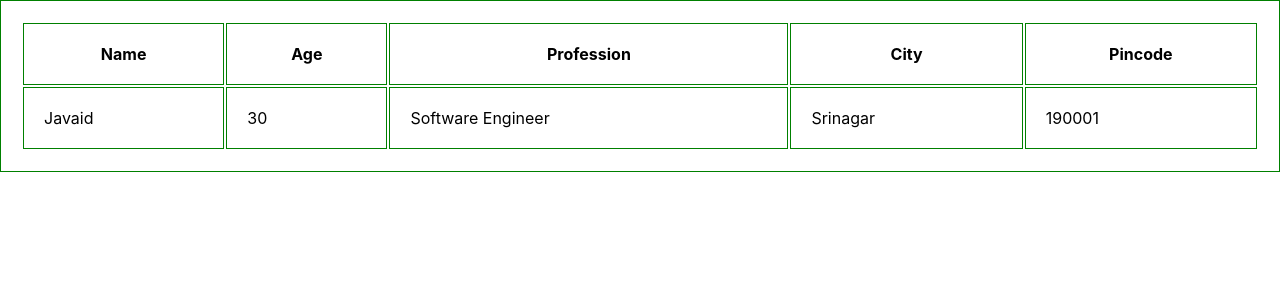
Repository: JavaidAhmadKhan/framer-motion-reacr
Page: /
These files come from the project's save history. The page is drawn as it stood at one moment and after the next save; the edit follows.
The browser window is 1280 px wide. The pictures show the whole page.
The project was rebuilt for these pictures with package versions that can differ from the ones it lists, and the page was loaded fresh each time.

Above is the page before, as saved 2022-05-19 17:47:19.

### src/App.js
import { Component } from "react";

import "./App.css";
class App extends Component {
  constructor() {
    console.log("constructor");
    super();
    console.log("super");
    this.state = {
      name: "Javaid",
      age: 30,
      profession: "Software Engineer",
      address: {
        city: "Srinagar",
        pincode: "190001",
      },
    };
  }

  render() {
    console.log("render");
    return (
      <div className="App">
        <table style={{ width: "100%" }}>
          <tr>
            <th>Name</th>
            <th>Age</th>
            <th>Profession</th>
            <th>City</th>
            <th>Pincode</th>
          </tr>
          <tr>
            <td>{this.state.name}</td>
            <td>{this.state.age}</td>
            <td>{this.state.profession}</td>
            <td>{this.state.address.city}</td>
            <td>{this.state.address.pincode}</td>
          </tr>
        </table>
      </div>
    );
  }
}

export default App;

### src/App.css
table,
th,
td {
  border: 1px solid green;
  padding: 20px;
}

Loaded but not shown: public/index.html (common file); src/index.js (common file); src/index.css (common file); src/reportWebVitals.js (common file)

After the next save:
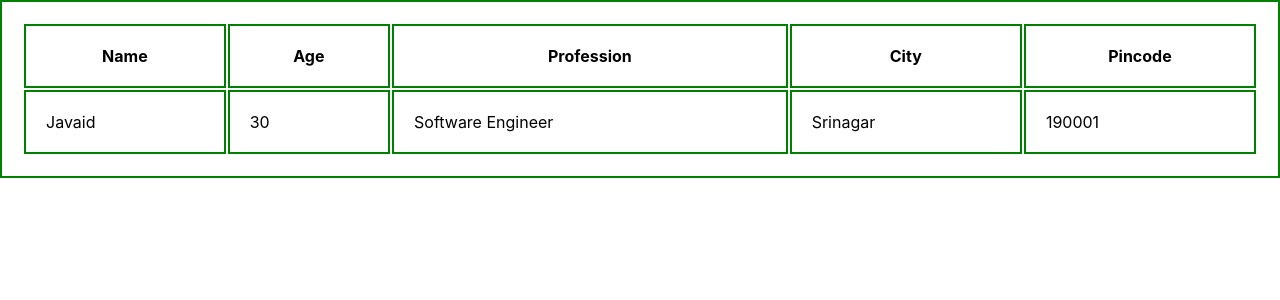
Saved 9 s later.
--- a/src/App.css
+++ b/src/App.css
@@ -1,6 +1,6 @@
 table,
 th,
 td {
-  border: 1px solid green;
+  border: 2px solid green;
   padding: 20px;
 }
